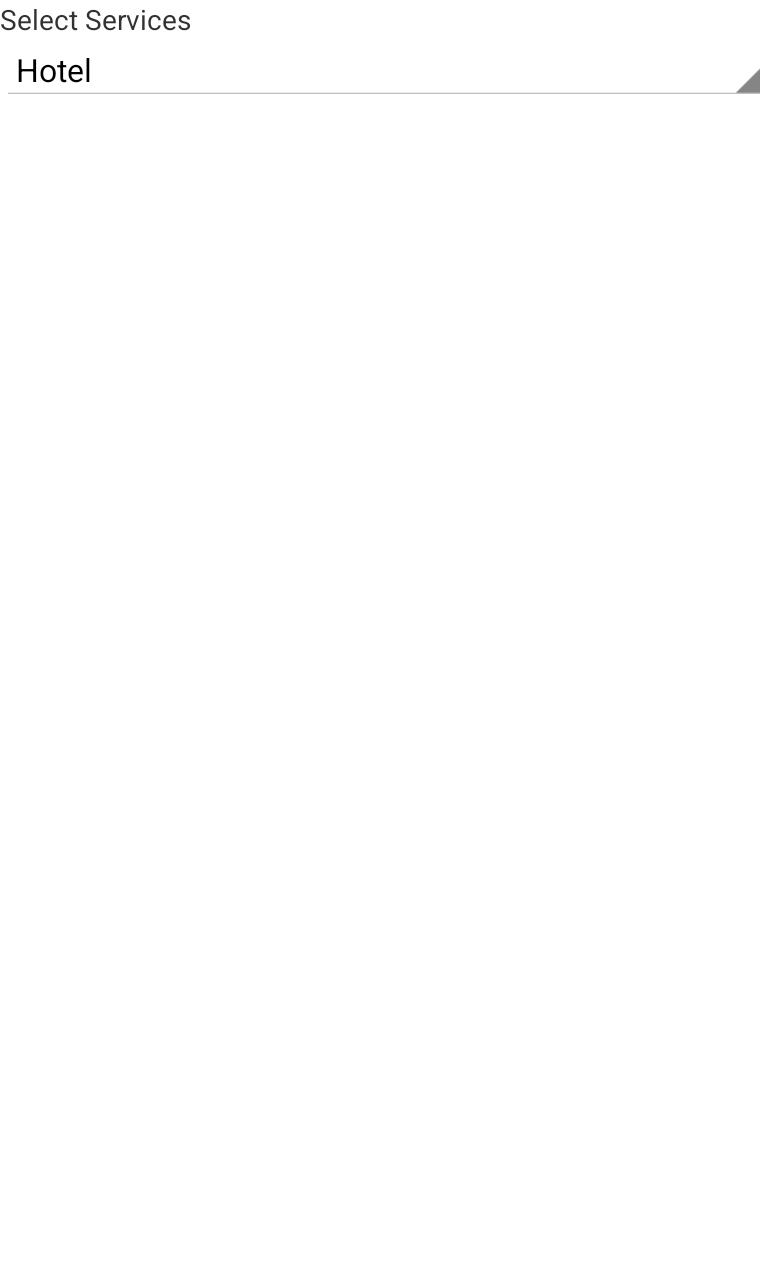
Repository: AungWinnHtut/projAndroid
Layout: com.engineer4myanmar.json.MainActivity/res/layout/activity_search.xml
These files come from the project's save history. The layout is drawn as it stood at one moment and after a run of saves; the edit follows.
It is drawn on a 768 x 1280 px phone screen (xhdpi) without system bars, with theme AppTheme; the app's code is not run.

Above is the layout before, as saved 2015-08-23 11:09:12.

After the next 2 saves:
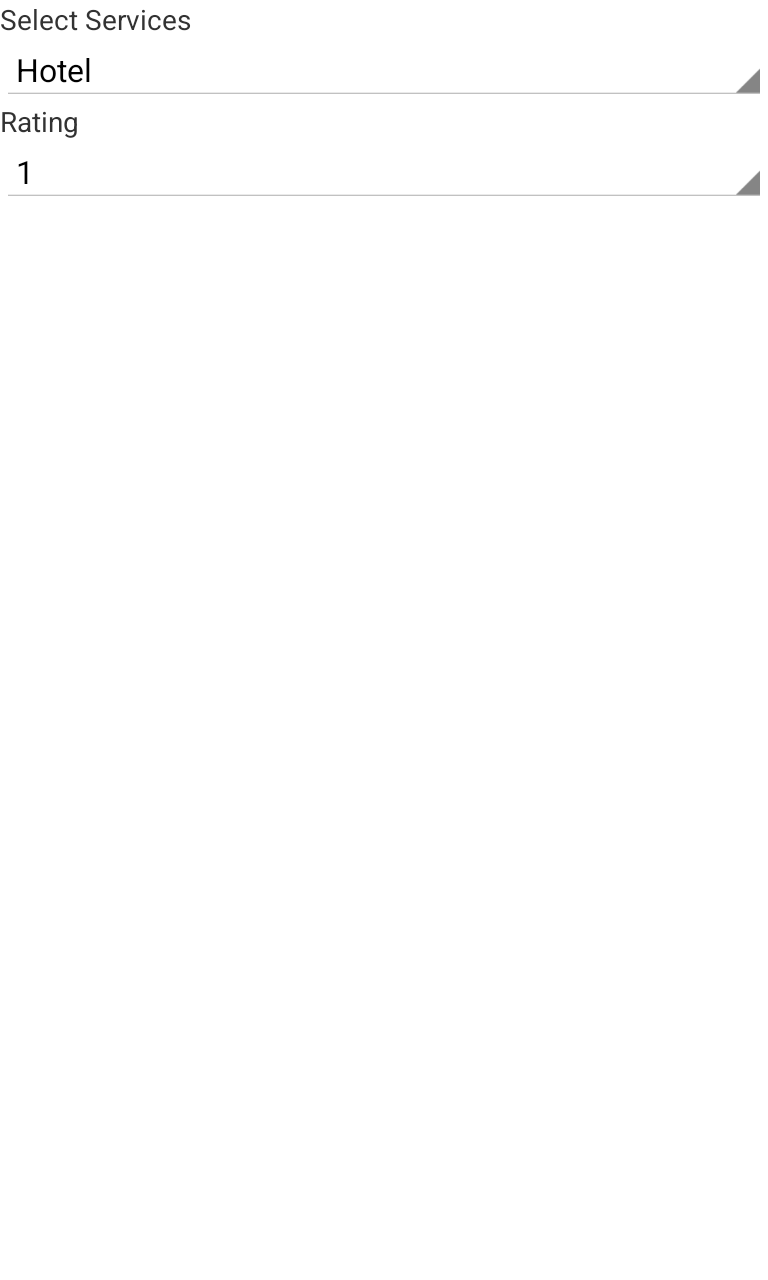
The 2 saves are shown as one change because 1 did not build or start.
The last was saved 15 s later.
--- a/com.engineer4myanmar.json.MainActivity/res/layout/activity_search.xml
+++ b/com.engineer4myanmar.json.MainActivity/res/layout/activity_search.xml
@@ -13,7 +13,6 @@
             android:layout_width="match_parent"
             android:layout_height="wrap_content"
             android:text="Select Services" />
-
         <Spinner
             android:id="@+id/spinner1"
             android:layout_width="match_parent"
@@ -21,5 +20,21 @@
             android:entries="@array/services_arrays"
             android:prompt="@string/services_prompt" />
     </LinearLayout>
+     <LinearLayout
+        android:layout_width="match_parent"
+        android:layout_height="wrap_content"
+        android:orientation="vertical" >
+
+        <TextView
+            android:layout_width="match_parent"
+            android:layout_height="wrap_content"
+            android:text="Rating" />
+        <Spinner
+            android:id="@+id/spinner1"
+            android:layout_width="match_parent"
+            android:layout_height="wrap_content"
+            android:entries="@array/ratings_arrays"
+            android:prompt="@string/services_prompt" />
+    </LinearLayout>
 
 </LinearLayout>
